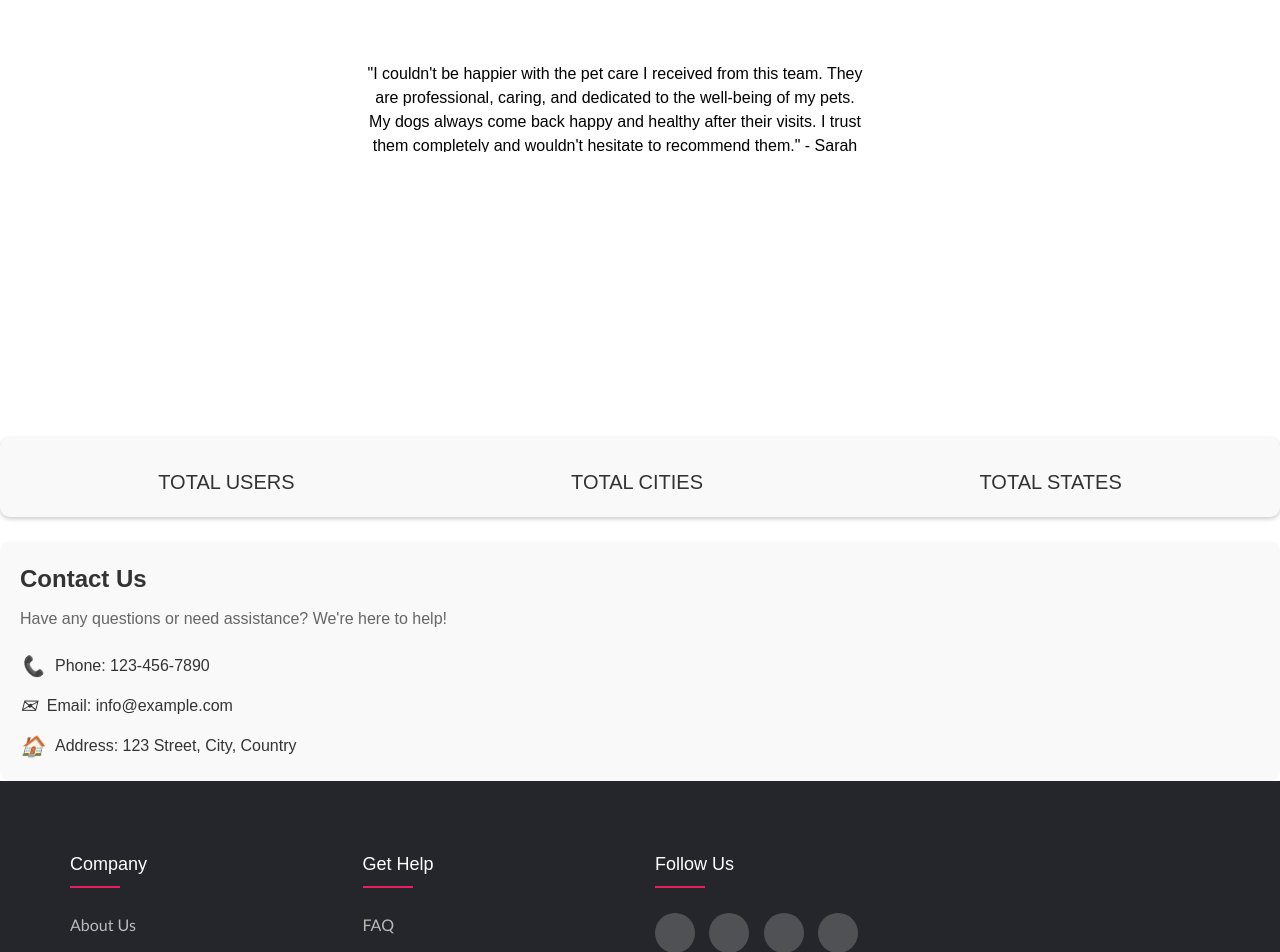
Repository: RishuGudigar/pawtakers
Page: templates/index.html
An editor plug-in stored every save of this project. The page is shown before and after the next save, followed by the edit.
The browser window is 1280 px wide. The pictures show the part of the page from y = 3163 to 4115 px (the page is 4296 px tall).
Some web fonts or font styles are not loaded; a fallback is used. The template is drawn by Django 4.2. The application's start-up code is not run. Other server files are loaded and not shown. The template is opened directly, without the code that normally fills it, so the values that code supplies are empty.

Above is the page before, as saved 2023-06-07 14:20:32.

### pawtakers/templates/index.html
<!DOCTYPE html>
<html lang="en">
<head>
    <meta charset="UTF-8">
    <meta http-equiv="X-UA-Compatible" content="IE=edge">
    <meta name="viewport" content="width=device-width, initial-scale=1.0">
    <title>Document</title>
    {% comment %} <link rel="stylesheet" href="style.css"> {% endcomment %}

    <style>
        /*Navigation Bar */

@import url('https://fonts.googleapis.com/css2?family=Ubuntu&display=swap');
*{
    margin: 0;
    padding: 0;
    box-sizing: border-box;
    font-family: 'Ubuntu', sans-serif;

    ;
}

.nav-bar{
    width: 100%;
}


.navbar{
    display: flex;
    align-items: center;
    justify-content: space-around;
    padding-top:20px;
    padding-left: 10%;
    padding-right:10%;
    background-color: rgba(0,0,0,0.8);
    height: 8vh;


}

.navbar ul li{
    list-style-type: none;
    display: inline-block;
    padding: 10px 20px;
}

.navbar ul li a{
    text-decoration: none;
    font-weight: 500;
    color:yellow;
    font-family: 'Roboto', sans-serif;
    font-size: 11px;
    text-transform: uppercase;
    letter-spacing: 2.5px;

}

.navbar ul li a:hover{
    color: white;
    transition: .4s;
    font-size: medium;
    font-weight: 500;
}




/*Navigation Bar ends here */



/*this section belongs to body part*/
.col-text {
    height: 100vh;
    }
    .grid-flex{
        display: -webkit-box;
        display: -webkit-flex;
        display: -ms-flexbox;
        display: flex;
        -webkit-box-flex: 1;
        -webkit-flex-grow: 1;
        -ms-flex-positive: 1;
        flex-grow: 1;
        flex-direction: row;
        -webkit-flex-direction: row;
        -webkit-flex-wrap: wrap;
        -webkit-justify-content: space-around;
        }
.col {
    -webkit-box-flex: 1;
    -webkit-flex: 1;
    -ms-flex: 1;
    flex: 1;
    }
.col-left {
    -webkit-box-ordinal-group:-1;
    -webkit-order: -1;
    -ms-flex-order: -1;
    order: -1;
    }
.col-text{
    display: flex;
    align-items: center;
    justify-content: center;
  }
  .Aligner-item {
    width: 60%;
  }
  .col-image {
    background-size: cover;
    background-position:center center;
  }

  @media (max-width: 640px) {
    .grid-flex {
        height: 40em;
        display: -webkit-flex;
        -webkit-flex-direction: column;
        flex-direction: column;
        }
    .col {
        order:vertical;
    }
    .col-left {
        -webkit-box-ordinal-group:0;
        -webkit-order: 0;
        -ms-flex-order: 0;
        order: 0;
    }
    .col-text div p {
        padding: 1em;
    }
    .Aligner-item {
        width: 90%;
    }
}

    /*Button starts*/
    .button button{
    width: 140px;
    height: 45px;
    font-family: 'Roboto', sans-serif;
    font-size: 11px;
    text-transform: uppercase;
    letter-spacing: 2.5px;

    color: #000;
    background-color: #fff;
    border: none;
    border-radius: 45px;
    box-shadow: 0px 8px 15px rgba(0, 0, 0, 0.1);
    transition: all 0.3s ease 0s;
    cursor: pointer;
    outline: none;
    font-weight: bold;
    margin: 20px;
}
.button button:hover{
    background-color: gold;
    box-shadow: 0px 15px 20px rgba(225, 223, 0, 0.4);
    color: #fff;
    transform: translateY(-7px);
}
    /*Button ends*/

    @import url('https://fonts.googleapis.com/css2?family=Montserrat:wght@500&family=Ubuntu&display=swap');
    @import url('https://fonts.googleapis.com/css2?family=Montserrat:wght@500&family=Quicksand:wght@700&family=Ubuntu&display=swap');

    .header h1{
        font-size: x-large;
    }


    /*slider of the body*/
    #slider
{
	margin: auto;
	overflow: hidden;
	padding: 20px;
	margin-top: 50px;
	position: relative;
	width: 600px;
    height: 100px;
    margin-bottom: 0;

}

#slider li
{
	float: left;
	position: relative;
	width: 600px;
	display: inline-block;
	height: 200px;
}

#slider ul
{
	list-style: none;
	position: absolute;
	left: 0px;
	top: 0px;
	width: 9000px;
	transition: left .2s linear;
	-moz-transition: left .2s linear;
	-o-transition: left .2s linear;
	-webkit-transition: left .2s linear;
	margin-left: -25px;
    font-family: open sans;
    color: #666;
}

/*** Content ***/

.slider-container
{
    color:#000;
	margin: 0 auto;
	padding: 0;
	width: 550px;
    min-height: 180px;
    text-align:center;
}

.slider-container h2
{
    color: #fff;
}

.slider-container  p
{
	margin: 10px 25px;
	font-weight: semi-bold;
	line-height: 150%;
}

/*** target hooks ****/

@-webkit-keyframes slide-animation {
	0% {opacity:0;}
	2% {opacity:1;}
	20% {left:0px; opacity:1;}
	22.5% {opacity:0.6;}
	25% {left:-600px; opacity:1;}
	45% {left:-600px; opacity:1;}
	47.5% {opacity:0.6;}
	50% {left:-1200px; opacity:1;}
	70% {left:-1200px; opacity:1;}
	72.5% {opacity:0.6;}
	75% {left:-1800px; opacity:1;}
	95% {opacity:1;}
	98% {left:-1800px; opacity:0;}
	100% {left:0px; opacity:0;}
}

#slider ul
{
	-webkit-animation: slide-animation 20s infinite;
}

#slider ul:hover
{
	-moz-animation-play-state: paused;
	-webkit-animation-play-state: paused;
}

    /*slider ends*/
/*body part ends here */








/*Footer Section starts*/
@import url('https://fonts.googleapis.com/css2?family=Poppins:wght@300;400;500;600;700&display=swap');
body{
	line-height: 1.5;
	font-family: 'Poppins', sans-serif;
}

.container{
	max-width: 1170px;
	margin:auto;
}
.row{
	display: flex;
	flex-wrap: wrap;
}
ul{
	list-style: none;
}
.footer{
	background-color: #24262b;
    padding: 70px 0;
}
.footer-col{
    width: 25%;
    padding: 0 15px;
}
.footer-col h4{
	font-size: 18px;
	color: #ffffff;
	text-transform: capitalize;
	margin-bottom: 35px;
	font-weight: 500;
	position: relative;
}
.footer-col h4::before{
	content: '';
	position: absolute;
	left:0;
	bottom: -10px;
	background-color: #e91e63;
	height: 2px;
	box-sizing: border-box;
	width: 50px;
}
.footer-col ul li:not(:last-child){
	margin-bottom: 10px;
}
.footer-col ul li a{
	font-size: 16px;
	text-transform: capitalize;
	color: #ffffff;
	text-decoration: none;
	font-weight: 300;
	color: #bbbbbb;

	display: block;
	transition: all 0.3s ease;
    font-family: 'Gill Sans', 'Gill Sans MT', Calibri, 'Trebuchet MS', sans-serif;
}
.footer-col ul li a:hover{
	color: #ffffff;
	padding-left: 8px;
}
.footer-col .social-links a{
	display: inline-block;
	height: 40px;
	width: 40px;
	background-color: rgba(255,255,255,0.2);
	margin:0 10px 10px 0;
	text-align: center;
	line-height: 40px;
	border-radius: 50%;
	color: #ffffff;
	transition: all 0.5s ease;
}
.footer-col .social-links a:hover{
	color: #24262b;
	background-color: #ffffff;
}

/*responsive*/
@media(max-width: 767px){
    .footer-col{
    width: 50%;
    margin-bottom: 30px;
}
}
@media(max-width: 574px){
    .footer-col{
    width: 100%;
}
}
/*Footer Section ends*/
    </style>

</head>
<body>



<section >
    <style>
        body {
            font-family: 'Open Sans', sans-serif;

            margin: 0; /* Add this to remove body default margin */
        }
        nav {
            position: fixed; /* Change position to fixed */
            top: 0; /* Position it at the top */
            left: 0; /* Align it to the left */
            width: 100%; /* Make it full width */
            height: 50px;
            background: #34495e;
            border-radius: 1px;
            font-size: 0;
            box-shadow: 0 2px 3px 0 rgba(0,0,0,0.1);
            z-index: 100; /* Add a higher z-index to keep it above other elements */
        }

        /* Rest of the CSS styles remain the same */
        nav a {
            font-size: 15px;
            text-transform: uppercase;
            color: white;
            text-decoration: none;
            line-height: 50px;
            position: relative;
            z-index: 1;
            display: inline-block;
            text-align: center;
        }
        nav .animation {
            position: absolute;
            height: 5px;
            bottom: 0;
            z-index: 0;
            background: yellow;
            transition: all .5s ease 0s;
            border-radius: 8px;
        }
        a:nth-child(1) {
            width: 100px;
        }
        nav .start-home,a:nth-child(1):hover~.animation {
            width: 100px;
            left: 0;
        }
        a:nth-child(2) {
            width: 110px;
        }
        nav .start-about,a:nth-child(2):hover~.animation {
            width: 110px;
            left: 100px;
        }
        a:nth-child(3) {
            width: 100px;
        }
        nav .start-login,a:nth-child(3):hover~.animation {
            width: 100px;
            left: 210px;
        }
        a:nth-child(4) {
            width: 160px;
        }
        nav .start-signup,a:nth-child(4):hover~.animation {
            width: 160px;
            left: 310px;
        }
    </style>
</head>
<body>
    <nav>
        <a href="/display">Home</a>
        <a href="/">About Us</a>
        <a href="{% url 'account_login'%}">Login</a>
        <a href="{% url 'account_signup' %}">SignUp</a>
        <div class="animation start-home"></div>
    </nav>
    <!-- Add other content below the navbar if necessary -->
</body>

</section>



<!-- This Section belongs to body part-->
<section >
    {% load static %}
    <div class="grid-flex" id="car">
    <div class="col col-image" style="background-image: url( {% static './dog1.jpg' %})">
    </div>
    <div class="col col-text">
        <div class="Aligner-item button header">
            <h1>PawTakers</h1>
            <a href="/display"><button >BOOK NOW</button></a>
        </div>
    </div>
    </div>

    <div class="grid-flex" id="bike">
    <div class="col col-image" style="background-image: url({% static './dog2.jpg' %});">
        &nbsp;
    </div>
    <div class="col col-text col-left">
        <div class="Aligner-item button header">
        <h1>"Need emergency pet care? No one available to take care of your furry friend? We've got you covered!"</h1>
        <a><button >KNOW MORE</button></a>
        </div>
    </div>
    </div>

    <div class="grid-flex">
    <div class="col col-image" style="background-image: url({% static './dog3.jpg' %});">
        &nbsp;
    </div>
    <div class="col col-text">
        <div class="Aligner-item button header">
            <h1>"Concerned about your pet's safety? We've got you covered. Check out our website for details on our rigorous safety measures."</h1>
            <a><button width="250px">VISIT SECURITY POLICY</button></a>
        </div>
    </div>
    </div>

    <div class="grid-flex">
        <div class="col col-image" style="background-image: url({% static './dog4.jpg' %});">
            &nbsp;
        </div>
        <div class="col col-text col-left">
            <div class="Aligner-item button header">
            <h1>"Love pets? Make it a job - join our team as a caretaker today!"</h1>
            <a href='accounts/signup/'><button >SIGNUP NOW</button></a>
        </div>
        </div>
        </div>

        <div class="grid-flex">
            <div></div>
            <div class="col col-text">
                <div class="Aligner-item button header">
                    <div class="review">
                        <div id="slider">
                            <ul>
                                <li>
                                    <div class="slider-container">
                                        <p>"I am extremely grateful for the excellent pet care services provided by this company. They took great care of my furry friend while I was away and kept me updated with photos and messages. I highly recommend their services." - John D.</p>
                                    </div>
                                </li>
                                <li>
                                    <div class="slider-container">
                                        <p>"I couldn't be happier with the pet care I received from this team. They are professional, caring, and dedicated to the well-being of my pets. My dogs always come back happy and healthy after their visits. I trust them completely and wouldn't hesitate to recommend them." - Sarah M.</p>
                                    </div>
                                </li>
                                <li>
                                    <div class="slider-container">
                                        <p>"I am extremely grateful for the excellent pet care services provided by this company. They took great care of my furry friend while I was away and kept me updated with photos and messages. I highly recommend their services." - John D.</p>
                                    </div>
                                </li>
                                <li>
                                    <div class="slider-container">
                                        <p>"The staff at this pet care facility are amazing! They treated my pet with so much love and attention. They go above and beyond to ensure the comfort and happiness of the animals in their care. I'm grateful to have found such a reliable and compassionate service." - David R</p>
                                    </div>
                                </li>
                                <li>
                                    <div class="slider-container">
                                        <p>"I can't thank this pet care service enough for taking care of my pet while I was on vacation. They provided top-notch care, adhering to all my pet's needs and providing a safe and stimulating environment. I wouldn't hesitate to use their services again." - Lisa S.</p>
                                    </div>
                                </li>
                                <li>
                                    <div class="slider-container">
                                        <p>"I've been using this pet care company for several years now, and they continue to impress me with their professionalism and dedication. They genuinely care about the well-being of the pets they look after and always go the extra mile to ensure their happiness. Highly recommended!" - Michael B.</p>
                                    </div>
                                </li>
                            </ul>
                        </div>
                    </div>
                </div>
            </div>
        </div>

<!-- The counter-->
{% block content %}
<div style="background-color: #f9f9f9; padding: 20px; border-radius: 10px; box-shadow: 0 2px 4px rgba(0, 0, 0, 0.2); transition: box-shadow 0.3s;">
    <div style="display: flex; justify-content: space-around;">
        <div style="text-align: center; animation: fadeInUp 0.5s ease-in-out;">
            <div style="font-size: 48px; color: #fee458; margin-bottom: 10px; font-family: 'Arial', sans-serif; text-shadow: 2px 2px 4px rgba(0, 0, 0, 0.3);">{{ user_count }}</div>
            <div style="font-size: 20px; color: #333; font-family: 'Arial', sans-serif; text-transform: uppercase;">Total Users</div>
        </div>
        <div style="text-align: center; animation: fadeInUp 0.5s ease-in-out; animation-delay: 0.2s;">
            <div style="font-size: 48px; color: #fee458; margin-bottom: 10px; font-family: 'Arial', sans-serif; text-shadow: 2px 2px 4px rgba(0, 0, 0, 0.3);">{{ city_count }}</div>
            <div style="font-size: 20px; color: #333; font-family: 'Arial', sans-serif; text-transform: uppercase;">Total Cities</div>
        </div>
        <div style="text-align: center; animation: fadeInUp 0.5s ease-in-out; animation-delay: 0.4s;">
            <div style="font-size: 48px; color:#fee458; margin-bottom: 10px; font-family: 'Arial', sans-serif; text-shadow: 2px 2px 4px rgba(0, 0, 0, 0.3);">{{ state_count }}</div>
            <div style="font-size: 20px; color: #333; font-family: 'Arial', sans-serif; text-transform: uppercase;">Total States</div>
        </div>
    </div>
</div>

<style>
@keyframes fadeInUp {
  0% {
    opacity: 0;
    transform: translateY(20px);
  }
  100% {
    opacity: 1;
    transform: translateY(0);
  }
}
</style>

{% endblock %}



<br>
<!-- The counter Ends-->
<!--Body part ends-->
<div id="contact-us" style="background-color: #f9f9f9; padding: 20px; border-radius: 10px;">
    <h2 style="font-size: 24px; color: #333; margin-bottom: 10px;">Contact Us</h2>
    <p style="font-size: 16px; color: #666; margin-bottom: 20px;">Have any questions or need assistance? We're here to help!</p>
    <div style="display: flex; flex-direction: column;">
      <div style="display: flex; align-items: center; margin-bottom: 10px;">
        <i style="font-size: 20px; color: #333; margin-right: 10px;">&#x1F4DE;</i>
        <span style="font-size: 16px; color: #333;">Phone: 123-456-7890</span>
      </div>
      <div style="display: flex; align-items: center; margin-bottom: 10px;">
        <i style="font-size: 20px; color: #333; margin-right: 10px;">&#x2709;</i>
        <span style="font-size: 16px; color: #333;">Email: info@example.com</span>
      </div>
      <div style="display: flex; align-items: center;">
        <i style="font-size: 20px; color: #333; margin-right: 10px;">&#x1F3E0;</i>
        <span style="font-size: 16px; color: #333;">Address: 123 Street, City, Country</span>
      </div>
    </div>
  </div>

<!--Footer section starts here-->
<footer class="footer">
    <div class="container">
        <div class="row">
            <div class="footer-col">
                <h4>company</h4>
                <ul>
                    <li><a href="#">about us</a></li>
                    <li><a href="#">our services</a></li>
                    <li><a href="#">privacy policy</a></li>
                    <li><a href="#">affiliate program</a></li>
                </ul>
            </div>
            <div class="footer-col">
                <h4>get help</h4>
                <ul>
                    <li><a href="#">FAQ</a></li>
                    <li><a href="#">Contact Us</a></li>
                </ul>
            </div>

            <div class="footer-col">
                <h4>follow us</h4>
                <div class="social-links">
                    <a href="#"><i class="fab fa-facebook-f"></i></a>
                    <a href="#"><i class="fab fa-twitter"></i></a>
                    <a href="#"><i class="fab fa-instagram"></i></a>
                    <a href="#"><i class="fab fa-linkedin-in"></i></a>
                </div>
            </div>
        </div>
    </div>
</footer>

</section>
</body>
</html>

After the next save:
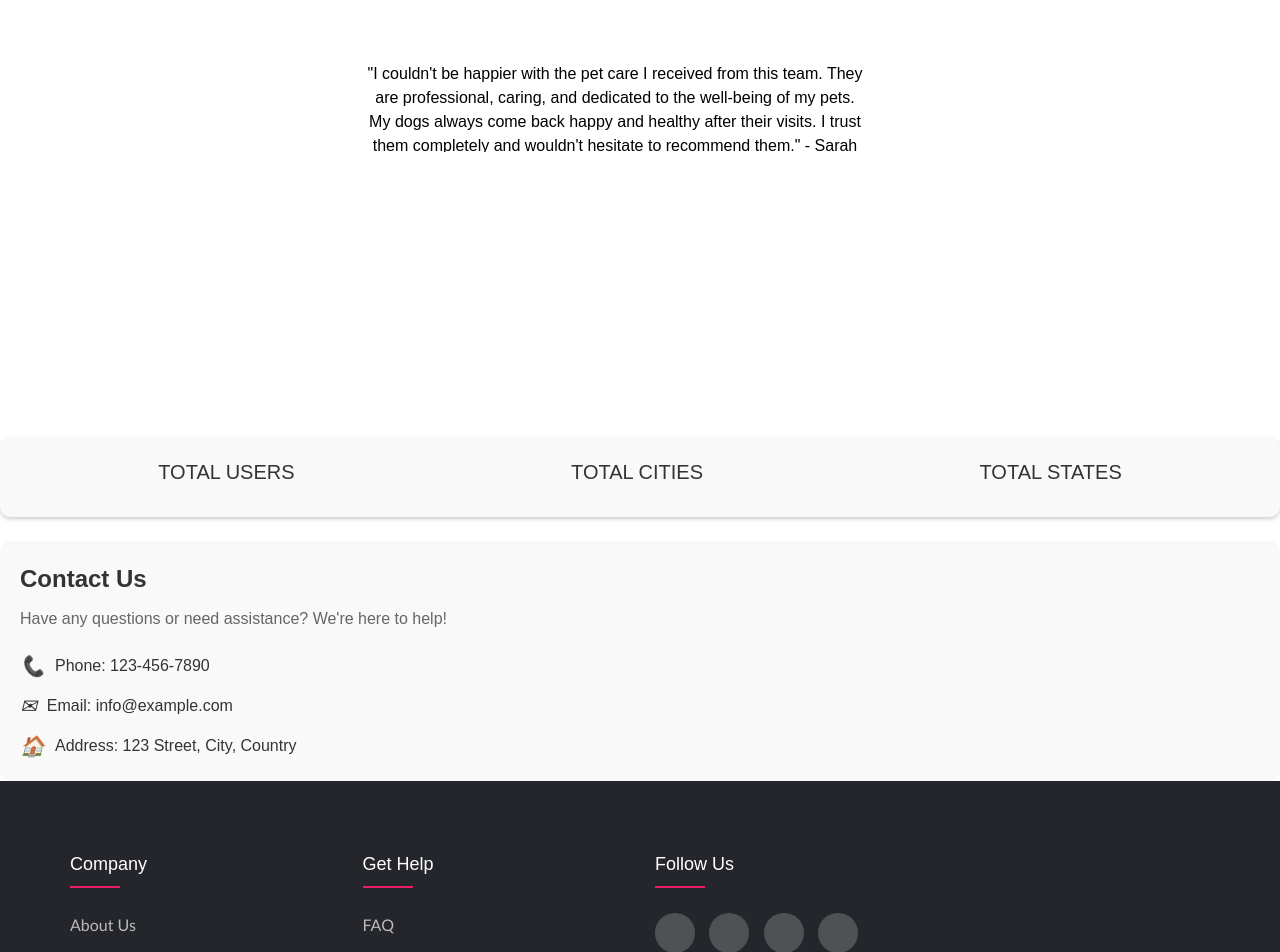
Saved 59 s later.
--- a/pawtakers/templates/index.html
+++ b/pawtakers/templates/index.html
@@ -560,16 +560,19 @@ ul{
 <div style="background-color: #f9f9f9; padding: 20px; border-radius: 10px; box-shadow: 0 2px 4px rgba(0, 0, 0, 0.2); transition: box-shadow 0.3s;">
     <div style="display: flex; justify-content: space-around;">
         <div style="text-align: center; animation: fadeInUp 0.5s ease-in-out;">
+            <div style="font-size: 20px; color: #333; font-family: 'Arial', sans-serif; text-transform: uppercase;">Total Users</div>
             <div style="font-size: 48px; color: #fee458; margin-bottom: 10px; font-family: 'Arial', sans-serif; text-shadow: 2px 2px 4px rgba(0, 0, 0, 0.3);">{{ user_count }}</div>
-            <div style="font-size: 20px; color: #333; font-family: 'Arial', sans-serif; text-transform: uppercase;">Total Users</div>
+
         </div>
         <div style="text-align: center; animation: fadeInUp 0.5s ease-in-out; animation-delay: 0.2s;">
+            <div style="font-size: 20px; color: #333; font-family: 'Arial', sans-serif; text-transform: uppercase;">Total Cities</div>
             <div style="font-size: 48px; color: #fee458; margin-bottom: 10px; font-family: 'Arial', sans-serif; text-shadow: 2px 2px 4px rgba(0, 0, 0, 0.3);">{{ city_count }}</div>
-            <div style="font-size: 20px; color: #333; font-family: 'Arial', sans-serif; text-transform: uppercase;">Total Cities</div>
+
         </div>
         <div style="text-align: center; animation: fadeInUp 0.5s ease-in-out; animation-delay: 0.4s;">
+            <div style="font-size: 20px; color: #333; font-family: 'Arial', sans-serif; text-transform: uppercase;">Total States</div>
             <div style="font-size: 48px; color:#fee458; margin-bottom: 10px; font-family: 'Arial', sans-serif; text-shadow: 2px 2px 4px rgba(0, 0, 0, 0.3);">{{ state_count }}</div>
-            <div style="font-size: 20px; color: #333; font-family: 'Arial', sans-serif; text-transform: uppercase;">Total States</div>
+
         </div>
     </div>
 </div>
